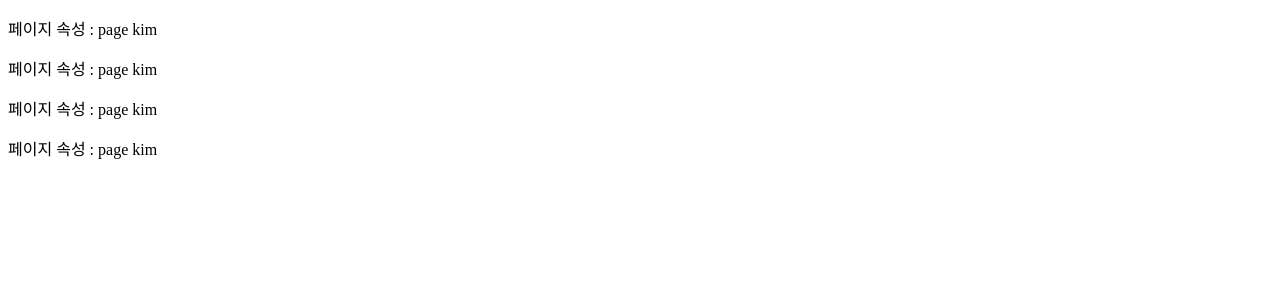
Repository: s00ngle/SSAFY-BE
Page: http://localhost/basic_jsp/FirstScope.jsp
These files come from the project's save history. The page is drawn as it stood at one moment and after the next save; the edit follows.
The browser window is 1280 px wide. The pictures show the whole page.
The page is served by Tomcat 10. Other server files are loaded and not shown.

Above is the page before, as saved 2024-09-24 02:56:03.

### basic_jsp/src/main/webapp/FirstScope.jsp
<%@ page language="java" contentType="text/html; charset=UTF-8"
    pageEncoding="UTF-8"%>
<!DOCTYPE html>
<html>
<head>
<meta charset="UTF-8">
<title>FirstScope</title>
</head>
<body>
	<%
		pageContext.setAttribute("name", "page kim");
		request.setAttribute("name", "request kim");
		session.setAttribute("name", "session kim");
		application.setAttribute("name", "application kim");
	%>
	<p>페이지 속성 : <%= pageContext.getAttribute("name") %> </p>
	<p>페이지 속성 : <%= pageContext.getAttribute("name") %> </p>
	<p>페이지 속성 : <%= pageContext.getAttribute("name") %> </p>
	<p>페이지 속성 : <%= pageContext.getAttribute("name") %> </p>
</body>
</html>

After the next save:
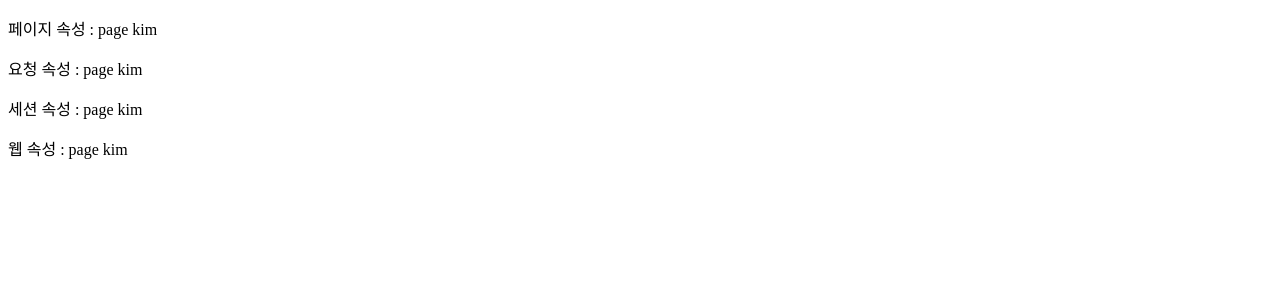
Saved 9 s later.
--- a/basic_jsp/src/main/webapp/FirstScope.jsp
+++ b/basic_jsp/src/main/webapp/FirstScope.jsp
@@ -14,8 +14,8 @@
 		application.setAttribute("name", "application kim");
 	%>
 	<p>페이지 속성 : <%= pageContext.getAttribute("name") %> </p>
-	<p>페이지 속성 : <%= pageContext.getAttribute("name") %> </p>
-	<p>페이지 속성 : <%= pageContext.getAttribute("name") %> </p>
-	<p>페이지 속성 : <%= pageContext.getAttribute("name") %> </p>
+	<p>요청 속성 : <%= pageContext.getAttribute("name") %> </p>
+	<p>세션 속성 : <%= pageContext.getAttribute("name") %> </p>
+	<p>웹 속성 : <%= pageContext.getAttribute("name") %> </p>
 </body>
 </html>
